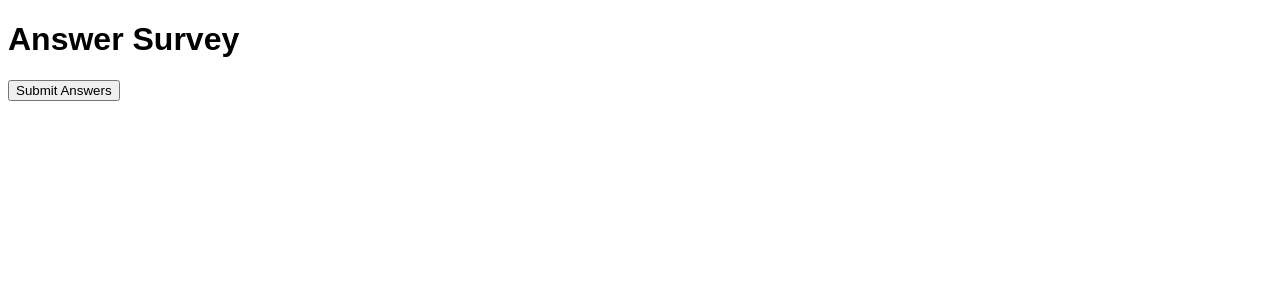
Repository: miki-babi/survey
Page: http://localhost/survey/get
The author's editor kept a copy of each file at every save. The page is drawn from the files as they stood at one save, then again after the next save.
The browser window is 1280 px wide. The pictures show the whole page.
The page is served by the project's Laravel application, run on PHP 8.4 with Laravel 12. A made-up administrator, Test User (test@example.com), is signed in. Other server files are loaded and not shown. Queries for data that is not in the repository find no rows.

Above is the page before, as saved 2024-10-28 16:45:10.

### routes/web.php
<?php

use App\Http\Controllers\ProfileController;
use Illuminate\Support\Facades\Route;

Route::get('/', function () {
    return view('welcome');
});

Route::get('/dashboard', function () {
    return view('dashboard');
})->middleware(['auth', 'verified'])->name('dashboard');

Route::middleware('auth')->group(function () {
    Route::get('/profile', [ProfileController::class, 'edit'])->name('profile.edit');
    Route::patch('/profile', [ProfileController::class, 'update'])->name('profile.update');
    Route::delete('/profile', [ProfileController::class, 'destroy'])->name('profile.destroy');
});



use App\Http\Controllers\SurveyController;

// Create a survey
Route::post('/survey/create', [SurveyController::class, 'createSurvey'])->name('survey.create');
Route::get('/survey/create',
function () {
    return view('create-survey');
}
)->name('survey.create');

// Get a survey (for answering)
Route::get('/survey/get', [SurveyController::class, 'getSurvey'])->name('survey.get');

// Submit answers for a survey
Route::post('/survey/answer', [SurveyController::class, 'submitAnswers'])->name('survey.answer');




require __DIR__.'/auth.php';

### app/Models/User.php
<?php

namespace App\Models;

// use Illuminate\Contracts\Auth\MustVerifyEmail;
use Illuminate\Database\Eloquent\Factories\HasFactory;
use Illuminate\Foundation\Auth\User as Authenticatable;
use Illuminate\Notifications\Notifiable;

class User extends Authenticatable
{
    /** @use HasFactory<\Database\Factories\UserFactory> */
    use HasFactory, Notifiable;

    /**
     * The attributes that are mass assignable.
     *
     * @var array<int, string>
     */
    protected $fillable = [
        'name',
        'email',
        'password',
    ];

    /**
     * The attributes that should be hidden for serialization.
     *
     * @var array<int, string>
     */
    protected $hidden = [
        'password',
        'remember_token',
    ];

    /**
     * Get the attributes that should be cast.
     *
     * @return array<string, string>
     */
    protected function casts(): array
    {
        return [
            'email_verified_at' => 'datetime',
            'password' => 'hashed',
        ];
    }
    public function questions()
    {
        return $this->hasMany(Question::class);
    }
}

### app/Http/Controllers/SurveyController.php
<?php

namespace App\Http\Controllers;

use App\Models\Question;
use App\Models\Choice;
use App\Models\Answer;
use Illuminate\Http\Request;
use Illuminate\Validation\Validator;

class SurveyController extends Controller
{
    public function createSurvey(Request $request)
    {

        // dd($request->all());

        try {

            $data = $request->validate([
                'user_id' => 'required|integer',
                'questions' => 'required|array',
                'questions.*.content' => 'required|string',
                'questions.*.is_final' => 'required|boolean',
                'questions.*.type' => 'required|in:single,multiple',
                'questions.*.choices' => 'required|array',
                'questions.*.choices.*.content' => 'required|string',
                'questions.*.choices.*.next_question_id' => 'nullable|integer'
            ]);


            // dd($data);
        } catch (\Illuminate\Validation\ValidationException $e) {

            return response()->json(['errors' => $e->errors()], 422);
        }


        foreach ($data['questions'] as $questionData) {

            $question = Question::create([
                'content' => $questionData['content'],
                'is_final' => (bool)$questionData['is_final'], // Ensure it's a boolean
                'type' => $questionData['type']
            ]);

            // If choices are provided, loop through and create them
            if (isset($questionData['choices'])) {
                foreach ($questionData['choices'] as $choiceData) {
                    $question->choices()->create([
                        'content' => $choiceData['content'],
                        'next_question_id' => $choiceData['next_question_id'] // You may want to validate this before creating
                    ]);
                }
            }
        }

        // Return a success response
        return response()->json(['message' => 'Survey created successfully'], 201);
    }


    public function submitAnswers(Request $request)
    {
        // Output all incoming request data for debugging
        // dd($request->all());

        // Validate the incoming request data
        $data = $request->validate([
            'user_id' => 'required|integer|exists:users,id',
            'answers' => 'required|array',
            'answers.*.question_id' => 'required|integer|exists:questions,id',
            'answers.*.choice_id' => 'required|integer|exists:choices,id',
        ], [
            'user_id.required' => 'User ID is required.',
            'answers.required' => 'Answers are required.',
            'answers.*.question_id.required' => 'Question ID is required.',
            'answers.*.choice_id.required' => 'Choice ID is required.',
            'answers.*.question_id.exists' => 'The selected question does not exist.',
            'answers.*.choice_id.exists' => 'The selected choice does not exist.',
        ]);

        // Loop through the answers and create records
        foreach ($data['answers'] as $questionId => $choiceIds) {
            foreach ($choiceIds as $choiceId) {
                Answer::create([
                    'user_id' => $data['user_id'],
                    'question_id' => $questionId,
                    'choice_id' => $choiceId,
                ]);
            }
        }

        // Return a success response
        return response()->json(['message' => 'Answers submitted successfully'], 201);
    }



//    public function getSurvey()
// {
//     $questions = Question::get();

//     return response()->json([
//         'questions' => $questions->map(function ($question) {
//             return [
//                 'id' => $question->id,
//                 'content' => $question->content,
//                 'type' => $question->type,
//                 'choices' => $question->choices->map(function ($choice) {
//                     return [
//                         'id' => $choice->id,
//                         'content' => $choice->content,
//                     ];
//                 }),
//             ];
//         }),
//     ]);
// }
public function getSurvey()
{
    // Retrieve all questions along with their choices
    $questions = Question::with('choices')->get();

    // Return the Blade view and pass the questions data to it
    return view('index', [
        'questions' => $questions
    ]);
}


}

### app/Models/Question.php
<?php

namespace App\Models;

use Illuminate\Database\Eloquent\Model;
use Illuminate\Database\Eloquent\Factories\HasFactory;

class Question extends Model
{
    use HasFactory;

    protected $fillable = ['content', 'is_final', 'type'];

    public function choices()
    {
        return $this->hasMany(Choice::class);
    }
    public function user()
    {
        return $this->belongsTo(User::class);
    }
}

### resources/views/index.blade.php
<!DOCTYPE html>
<html lang="en">
<head>
    <meta charset="UTF-8">
    <meta name="viewport" content="width=device-width, initial-scale=1.0">
    <title>Answer Survey</title>
    <style>
        body { font-family: Arial, sans-serif; }
        .question { margin-bottom: 20px; }
        .choices { margin-top: 10px; }
    </style>
</head>
<body>
    <h1>Answer Survey</h1>
    <form id="answerForm" action="{{ route('survey.answer') }}" method="POST">
        @csrf

        <div id="surveyContainer">
            @foreach ($questions as $question)
                <div class="question">
                    <h3>{{ $question->content }}</h3>
                    <div class="choices">
                        @foreach ($question->choices as $choice)
                            <div>
                                <input type="{{ $question->type === 'single' ? 'radio' : 'checkbox' }}"
                                       name="answers[{{ $question->id }}]{{ $question->type === 'single' ? '' : '[]' }}"
                                       value="{{ $choice->id }}"
                                       id="choice_{{ $choice->id }}">
                                <label for="choice_{{ $choice->id }}">{{ $choice->content }}</label>
                            </div>
                        @endforeach
                    </div>
                </div>
            @endforeach
        </div>

        <input type="hidden" name="user_id" value="{{ auth()->user()->id }}">

        <button type="submit">Submit Answers</button>
    </form>


</body>
</html>

Loaded but not shown: routes/auth.php (common file); app/Http/Controllers/Auth/EmailVerificationPromptController.php (common file); app/Http/Controllers/Controller.php (common file); app/Http/Controllers/Auth/VerifyEmailController.php (common file)

After the next save:
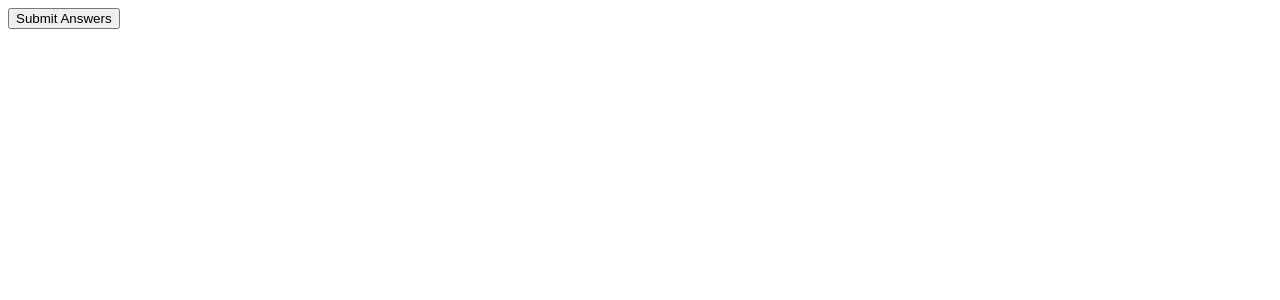
Saved 32 s later.
--- a/resources/views/index.blade.php
+++ b/resources/views/index.blade.php
@@ -1,44 +1,24 @@
-<!DOCTYPE html>
-<html lang="en">
-<head>
-    <meta charset="UTF-8">
-    <meta name="viewport" content="width=device-width, initial-scale=1.0">
-    <title>Answer Survey</title>
-    <style>
-        body { font-family: Arial, sans-serif; }
-        .question { margin-bottom: 20px; }
-        .choices { margin-top: 10px; }
-    </style>
-</head>
-<body>
-    <h1>Answer Survey</h1>
-    <form id="answerForm" action="{{ route('survey.answer') }}" method="POST">
-        @csrf
+<form id="answerForm" action="{{ route('survey.answer') }}" method="POST">
+    @csrf
+    <input type="hidden" name="user_id" value="{{ auth()->user()->id }}">
 
-        <div id="surveyContainer">
-            @foreach ($questions as $question)
-                <div class="question">
-                    <h3>{{ $question->content }}</h3>
-                    <div class="choices">
-                        @foreach ($question->choices as $choice)
-                            <div>
-                                <input type="{{ $question->type === 'single' ? 'radio' : 'checkbox' }}"
-                                       name="answers[{{ $question->id }}]{{ $question->type === 'single' ? '' : '[]' }}"
-                                       value="{{ $choice->id }}"
-                                       id="choice_{{ $choice->id }}">
-                                <label for="choice_{{ $choice->id }}">{{ $choice->content }}</label>
-                            </div>
-                        @endforeach
-                    </div>
+    <div id="surveyContainer">
+        @foreach ($questions as $question)
+            <div class="question">
+                <h3>{{ $question->content }}</h3>
+                <div class="choices">
+                    @foreach ($question->choices as $choice)
+                        <div>
+                            <input type="{{ $question->type === 'single' ? 'radio' : 'checkbox' }}"
+                                   name="answers[{{ $question->id }}]{{ $question->type === 'single' ? '' : '[]' }}"
+                                   value="{{ $choice->id }}"
+                                   id="choice_{{ $choice->id }}">
+                            <label for="choice_{{ $choice->id }}">{{ $choice->content }}</label>
+                        </div>
+                    @endforeach
                 </div>
-            @endforeach
-        </div>
-
-        <input type="hidden" name="user_id" value="{{ auth()->user()->id }}">
-
-        <button type="submit">Submit Answers</button>
-    </form>
-
-
-</body>
-</html>
+            </div>
+        @endforeach
+    </div>
+    <button type="submit">Submit Answers</button>
+</form>
